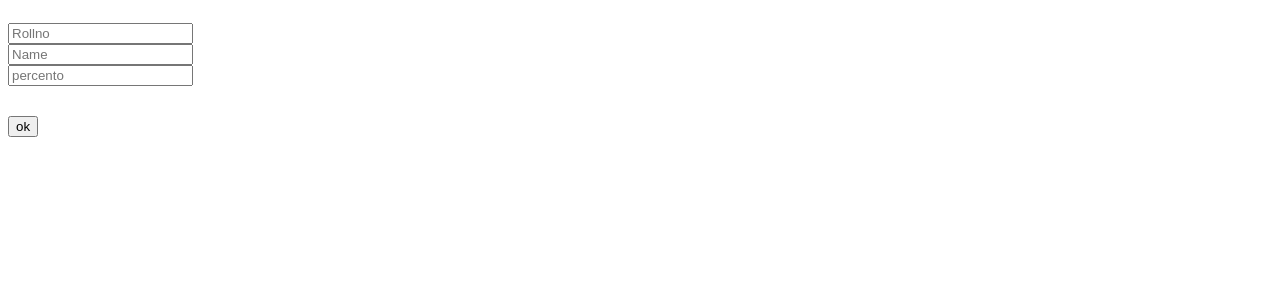
Repository: yogesh8rajput/web_hibernate
Page: http://localhost/web_hiber/index.jsp
These files come from the project's save history. The page is drawn as it stood at one moment and after the next save; the edit follows.
The browser window is 1280 px wide. The pictures show the whole page.
The page is served by Tomcat 10.

Above is the page before, as saved 2024-11-10 04:24:45.

After the next save:
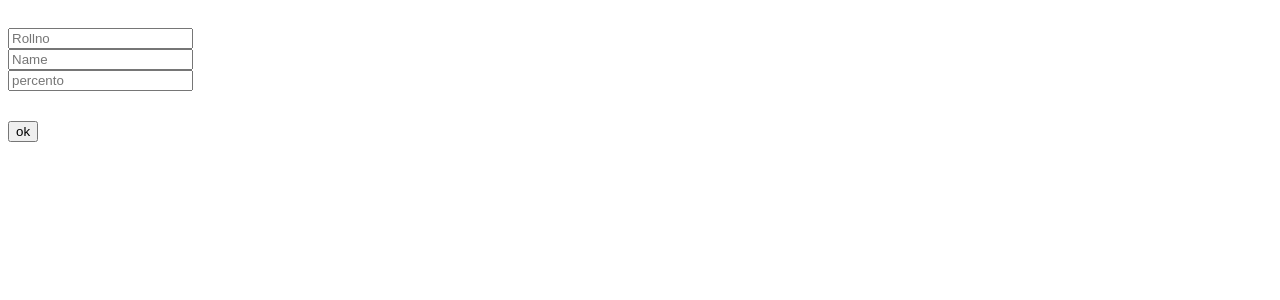
Saved 2 min 30 s later.
--- a/web_hiber/src/main/webapp/index.jsp
+++ b/web_hiber/src/main/webapp/index.jsp
@@ -1,5 +1,6 @@
 <%@ page language="java" contentType="text/html; charset=UTF-8"
     pageEncoding="UTF-8"%>
+    <!DOCTYPE html PUBLIC "-//W3C//DTD HTML 4.01 Transitional//EN" "http://www.w3.org/TR/html4/loose.dtd">
 <html>
 <body>
 <form action="serv">

After the save that followed:
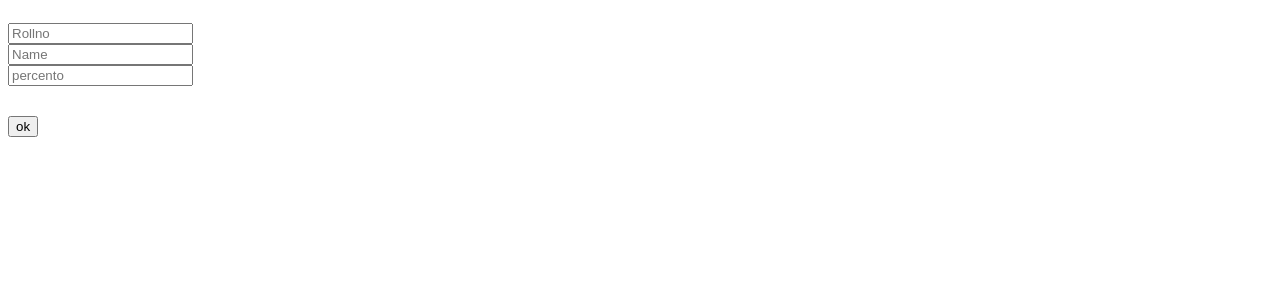
Saved 14 s later.
--- a/web_hiber/src/main/webapp/index.jsp
+++ b/web_hiber/src/main/webapp/index.jsp
@@ -1,6 +1,6 @@
 <%@ page language="java" contentType="text/html; charset=UTF-8"
     pageEncoding="UTF-8"%>
-    <!DOCTYPE html PUBLIC "-//W3C//DTD HTML 4.01 Transitional//EN" "http://www.w3.org/TR/html4/loose.dtd">
+    <!DOCTYPE >
 <html>
 <body>
 <form action="serv">
